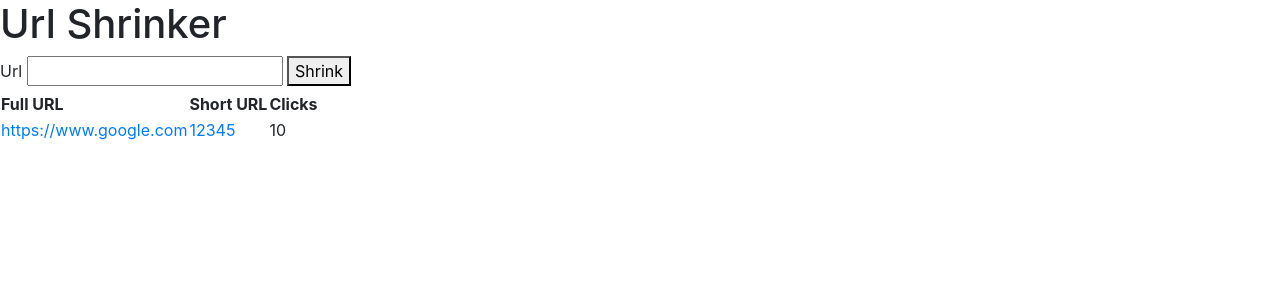
Repository: mohamediyas/urlShorter
Page: http://localhost/
These files come from the project's save history. The page is drawn as it stood at one moment and after the next save; the edit follows.
The browser window is 1280 px wide. The pictures show the whole page.
The page is served by the project's Node server (index.js).

Above is the page before, as saved 2022-10-22 13:28:38.

After the next save:
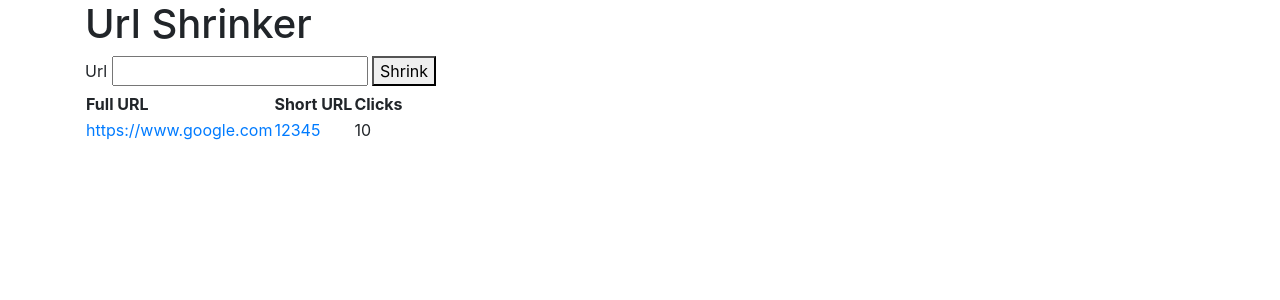
Saved 50 s later.
--- a/views/index.ejs
+++ b/views/index.ejs
@@ -16,34 +16,36 @@
   </head>
 
   <body>
-    <h1>Url Shrinker</h1>
+    <div class="container">
+      <h1>Url Shrinker</h1>
 
-    <form action="" method="post">
-      <label for="fullUrl">Url</label>
-      <input type="url" name="fullUrl" id="fullUrl" />
-      <button type="submit">Shrink</button>
-    </form>
+      <form action="" method="post">
+        <label for="fullUrl">Url</label>
+        <input type="url" name="fullUrl" id="fullUrl" />
+        <button type="submit">Shrink</button>
+      </form>
 
-    <table>
-      <thead>
-        <tr>
-          <th>Full URL</th>
-          <th>Short URL</th>
-          <th>Clicks</th>
-        </tr>
-      </thead>
+      <table>
+        <thead>
+          <tr>
+            <th>Full URL</th>
+            <th>Short URL</th>
+            <th>Clicks</th>
+          </tr>
+        </thead>
 
-      <tbody>
-        <tr>
-          <td>
-            <a href="https://www.google.com">https://www.google.com</a>
-          </td>
-          <td>
-            <a href="/12345">12345</a>
-          </td>
-          <td>10</td>
-        </tr>
-      </tbody>
-    </table>
+        <tbody>
+          <tr>
+            <td>
+              <a href="https://www.google.com">https://www.google.com</a>
+            </td>
+            <td>
+              <a href="/12345">12345</a>
+            </td>
+            <td>10</td>
+          </tr>
+        </tbody>
+      </table>
+    </div>
   </body>
 </html>
